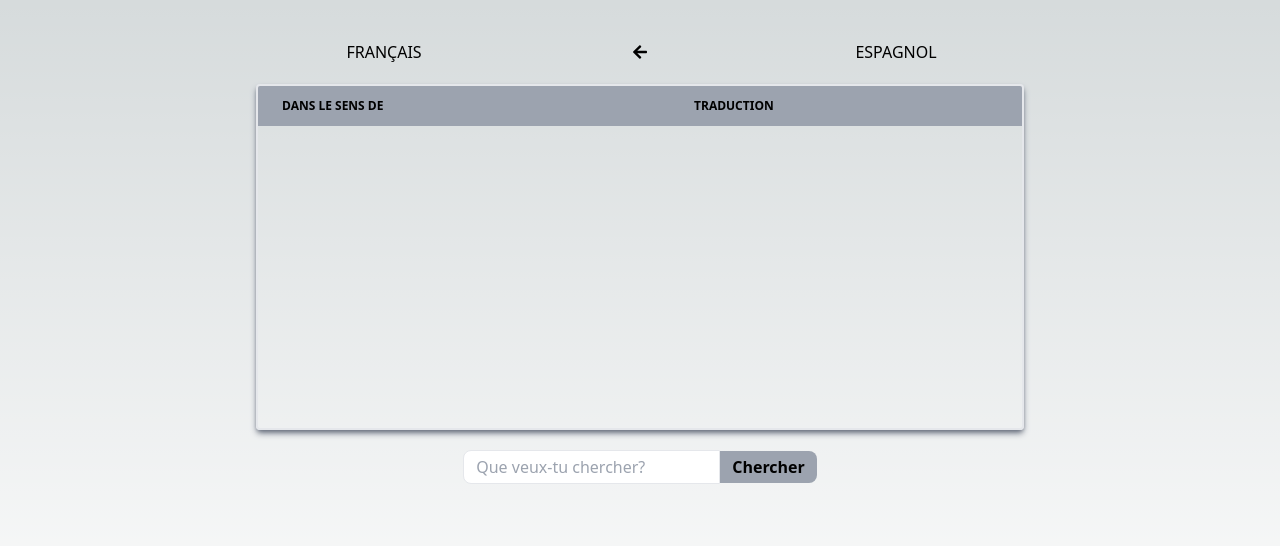
Repository: All-Khwarizmi/Dico
Page: /
These files come from the project's save history. The page is drawn as it stood at one moment and after the next save; the edit follows.
The browser window is 1280 px wide. The pictures show the whole page.
The project was rebuilt for these pictures with package versions that can differ from the ones it lists, and the page was loaded fresh each time. The framework's server and built-in components were replaced by stand-ins that run in the browser. Also part of the build but not shown: next.config.js, vite.config.ts.

Above is the page before, as saved 2023-02-17 18:41:47.

### src/app/page.tsx
'use client';
import Image from 'next/image';
import { Inter } from '@next/font/google';
import { FaArrowLeft } from 'react-icons/fa';
import { BsArrowRight } from 'react-icons/bs';
import { FaArrowRight } from 'react-icons/fa';
import EspModal from '@/components/EspModal';
import DicoModal from '@/components/DicoModal';

const inter = Inter({ subsets: ['latin'] });
import parse from 'html-react-parser';
import { useState } from 'react';
import Link from 'next/link';

type Trad = {
  source: string;
  target: string;
};
type Translations = Array<Trad>;
interface TranslationsFetch {
  translations: Array<Trad>;
}
export default function Home() {
  const [word, setWord] = useState<string>('');
  const [isFr, setIsFR] = useState<Boolean>(false);
  const [translations, setTranslations] = useState<Translations>([]);

  const submitWord = (e: React.FormEvent<HTMLFormElement>) => {
    e.preventDefault();
    let check = word.split(' ').length;
    console.log('Submitting', check);
    if (check > 1) {
      return window.alert('1 mot à la fois');
    }
    if (isFr) return fetchDico(word).catch((err) => console.log(err));
    fetchDicoEsp(word).catch((err) => console.log(err));
  };

  const inputWord = (e: React.ChangeEvent<HTMLInputElement>) => {
    return setWord(e.target.value);
  };

  const fetchDico = async (word: string): Promise<void> => {
    console.log('Fetching..');
    const url = 'https://dico-ochre.vercel.app/api/dico';
    const options: RequestInit = {
      method: 'POST',
      headers: {
        'Content-Type': 'text/plain;charset=UTF-8',
      },
      body: JSON.stringify(word),
    };
    const res = await fetch(url, options);
    // eslint-disable-next-line @typescript-eslint/no-unsafe-assignment
    const data = await res.json();
    console.log('Data: ', data);
    // eslint-disable-next-line @typescript-eslint/no-unsafe-assignment
    const { translations }: TranslationsFetch = data;
    setTranslations(translations);
    setWord('');
  };
  const fetchDicoEsp = async (word: string): Promise<void> => {
    console.log('Fetching..');
    const url = 'https://dico-ochre.vercel.app/api/esp';
    const options: RequestInit = {
      method: 'POST',
      headers: {
        'Content-Type': 'text/plain;charset=UTF-8',
      },
      body: JSON.stringify(word),
    };
    const res = await fetch(url, options);
    // eslint-disable-next-line @typescript-eslint/no-unsafe-assignment
    const data = await res.json();
    console.log('Data: ', data);
    // eslint-disable-next-line @typescript-eslint/no-unsafe-assignment
    const { translations }: TranslationsFetch = data;
    setTranslations(translations);
    setWord('');
  };
  return (
    <main className='h-screen w-screen'>
      <div className='grid place-items-center pt-5 '>
        {isFr ? (
          <div className='grid w-[60%] grid-cols-3  place-items-center  '>
            <button onClick={() => setIsFR(!isFr)}>
              <h1 className='py-5 text-center uppercase text-1xl'>Français</h1>
            </button>
            <button onClick={() => setIsFR(!isFr)}>
              <FaArrowRight />
            </button>
            <button onClick={() => setIsFR(!isFr)}>
              <h1 className='py-5 text-center uppercase text-1xl'>Espagnol</h1>
            </button>
          </div>
        ) : (
          <div className='grid w-[60%] grid-cols-3  place-items-center  '>
            <button onClick={() => setIsFR(!isFr)}>
              <h1 className='py-5 text-center uppercase text-1xl'>Français</h1>
            </button>
            <button onClick={() => setIsFR(!isFr)}>
              <FaArrowLeft />
            </button>
            <button onClick={() => setIsFR(!isFr)}>
              <h1 className='py-5 text-center uppercase text-1xl'>Espagnol</h1>
            </button>
          </div>
        )}
      </div>
      <div className='flex h-[80%] flex-col  items-center gap-5'>
        <div className=' h-[60%] max-h-[80%] w-[60%] overflow-scroll rounded border-2 border-solid dark:border-gray-600 shadow-md shadow-gray-500 '>
          <div className='text-black '>
            <div className=''>
              <table className='  relative w-full text-left text-sm text-gray-500 dark:text-gray-400'>
                <thead className='  sticky top-0 bg-gray-400 dark:bg-gray-900 text-xs uppercase text-gray-700 '>
                  <tr>
                    <th scope='col' className='px-6 font-bold text-black dark:text-white py-3 '>
                      Dans le sens de
                    </th>
                    <th scope='col' className='px-6 font-bold text-black dark:text-white py-3 '>
                      Traduction
                    </th>
                  </tr>
                </thead>
                <tbody className='bg-gray-800'>
                  {translations?.map((trad: Trad, index) => {
                    return (
                      <tr
                        className='border-b bg-white dark:border-gray-700 dark:bg-gray-800'
                        key={index}
                      >
                        <td className='px-6 py-4'> {parse(trad?.source)}</td>
                        <th
                          scope='row'
                          className='whitespace-nowrap px-6 py-4 font-medium text-gray-900 dark:text-white'
                        >
                          {parse(trad?.target)}
                        </th>
                      </tr>
                    );
                  })}
                </tbody>
              </table>
            </div>
          </div>
        </div>
        <form className='text-black' onSubmit={(e) => submitWord(e)}>
          <input
            onChange={(event) => inputWord(event)}
            value={word}
            placeholder='Que veux-tu chercher?'
            className='rounded-lg border dark:text-white border-1 dark:bg-gray-700 rounded-r-none px-3 py-1'
            type='text'
            name='word'
            id='word'
          />
          <button
            className='rounded-lg rounded-l-none bg-gray-400 dark:bg-gray-400 dark:text-white font-bold dark:bg-purple-900 px-3 py-1 dark:py-1.5'
            type='submit'
          >
            Chercher
          </button>
        </form>
      </div>
    </main>
  );
}

Loaded but not shown: src/app/layout.tsx (common file); src/app/globals.css (common file); tailwind.config.js (common file)

After the next save:
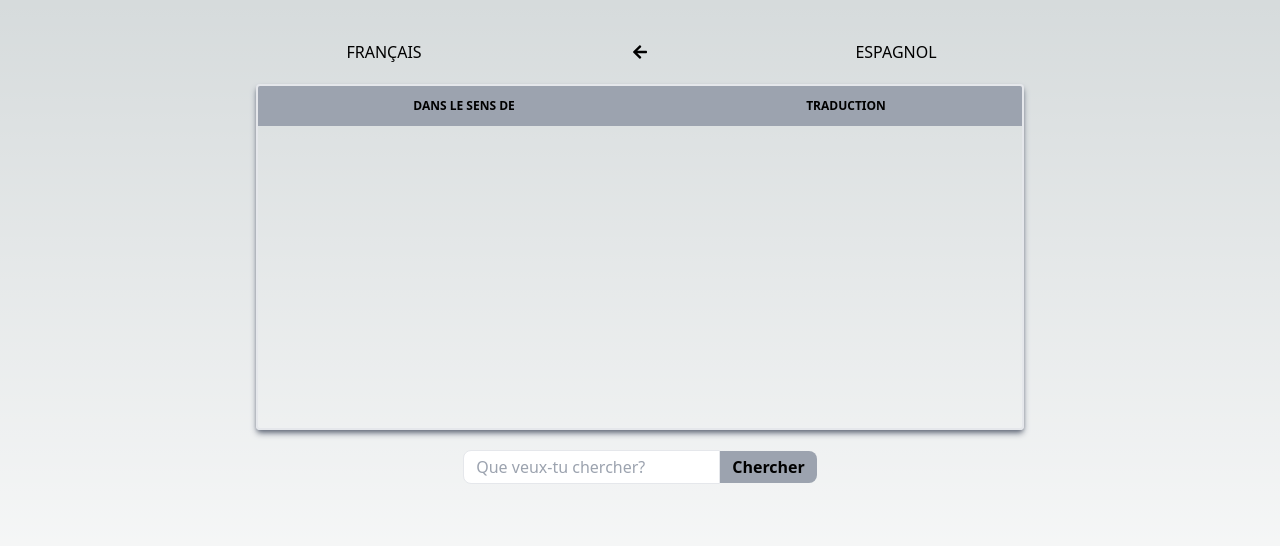
Saved 13 s later.
--- a/src/app/page.tsx
+++ b/src/app/page.tsx
@@ -114,10 +114,10 @@ export default function Home() {
               <table className='  relative w-full text-left text-sm text-gray-500 dark:text-gray-400'>
                 <thead className='  sticky top-0 bg-gray-400 dark:bg-gray-900 text-xs uppercase text-gray-700 '>
                   <tr>
-                    <th scope='col' className='px-6 font-bold text-black dark:text-white py-3 '>
+                    <th scope='col' className='px-6 font-bold text-black text-center dark:text-white py-3 '>
                       Dans le sens de
                     </th>
-                    <th scope='col' className='px-6 font-bold text-black dark:text-white py-3 '>
+                    <th scope='col' className='px-6 font-bold text-black text-center dark:text-white py-3 '>
                       Traduction
                     </th>
                   </tr>
